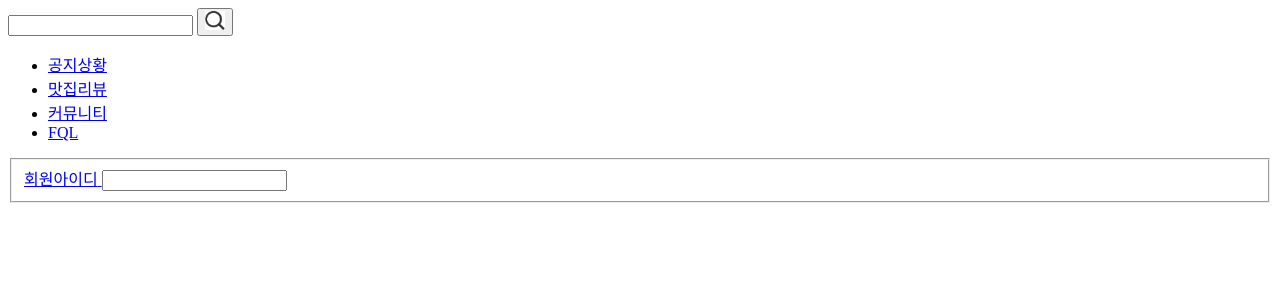
Repository: cally91/VegetLife
Page: http://localhost/VegetLife/
These files come from the project's save history. The page is drawn as it stood at one moment and after the next save; the edit follows.
The browser window is 1280 px wide. The pictures show the whole page.
The page is served by Tomcat 9.

Above is the page before, as saved 2019-07-10 03:38:38.

After the next save:
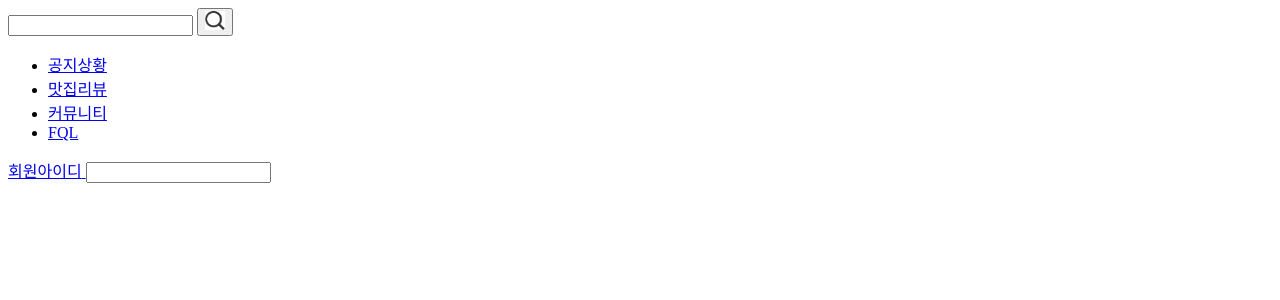
Saved 29 s later.
--- a/VegetLife/src/main/webapp/WEB-INF/views/home.jsp
+++ b/VegetLife/src/main/webapp/WEB-INF/views/home.jsp
@@ -19,9 +19,9 @@
 		<li><a href="#">커뮤니티</li>
 		<li><a href="#">FQL</li>
 	</ul>
-	<fieldset>
+
 	<label for="m_name">회원아이디</label>
 	<input type="text"name="m_name"id="m_name">
-	</fieldset>
+
 </body>
 </html>
